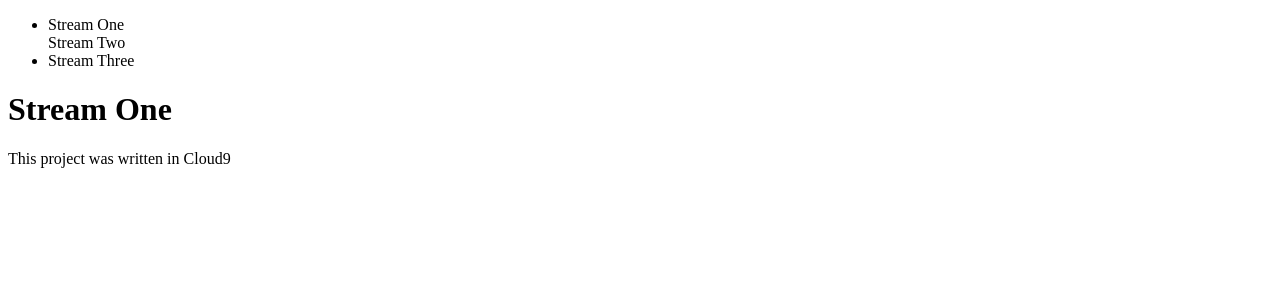
Repository: Dorcas-Amoo/my-first-website-again
Page: stream-one.html
The author's editor kept a record of every edit. The page is drawn from the files as they stood at one moment, then again after the next edit.
The browser window is 1280 px wide. The pictures show the whole page.

Above is the page before.

### stream-one.html
<!DOCTYPE html>
<html>
    <head>
        <title>

        </title>
    </head>

    <body>
        <nav>
            <ul>
                <li><a href="stream-one.html"></a>Stream One</li
                <li><a href="stream-two.html"></a>Stream Two</li>
                <li><a href="stream-three.html"></a>Stream Three</li>
            </ul>
        </nav>
        <h1>Stream One</h1>
        <p>This project was written in Cloud9</p>
    </body>
</html>

After the next edit:
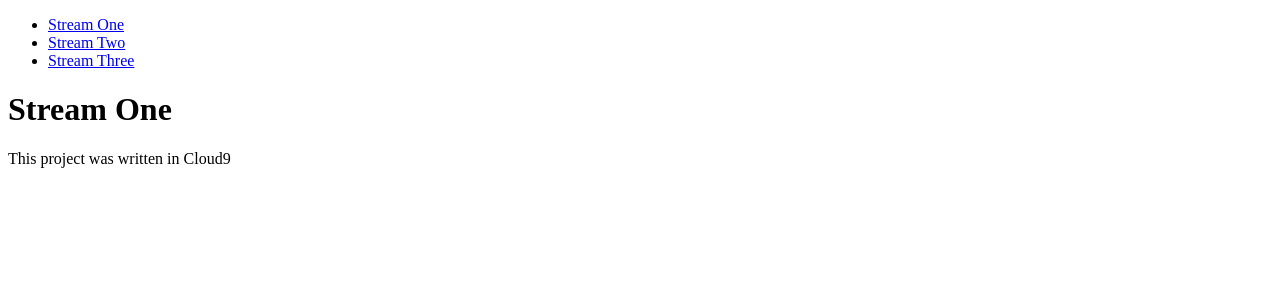
The edit:
--- a/stream-one.html
+++ b/stream-one.html
@@ -9,9 +9,9 @@
     <body>
         <nav>
             <ul>
-                <li><a href="stream-one.html"></a>Stream One</li
-                <li><a href="stream-two.html"></a>Stream Two</li>
-                <li><a href="stream-three.html"></a>Stream Three</li>
+                <li><a href="stream-one.html">Stream One</a></li>
+                <li><a href="stream-two.html">Stream Two</a></li>
+                <li><a href="stream-three.html">Stream Three</a></li>
             </ul>
         </nav>
         <h1>Stream One</h1>
